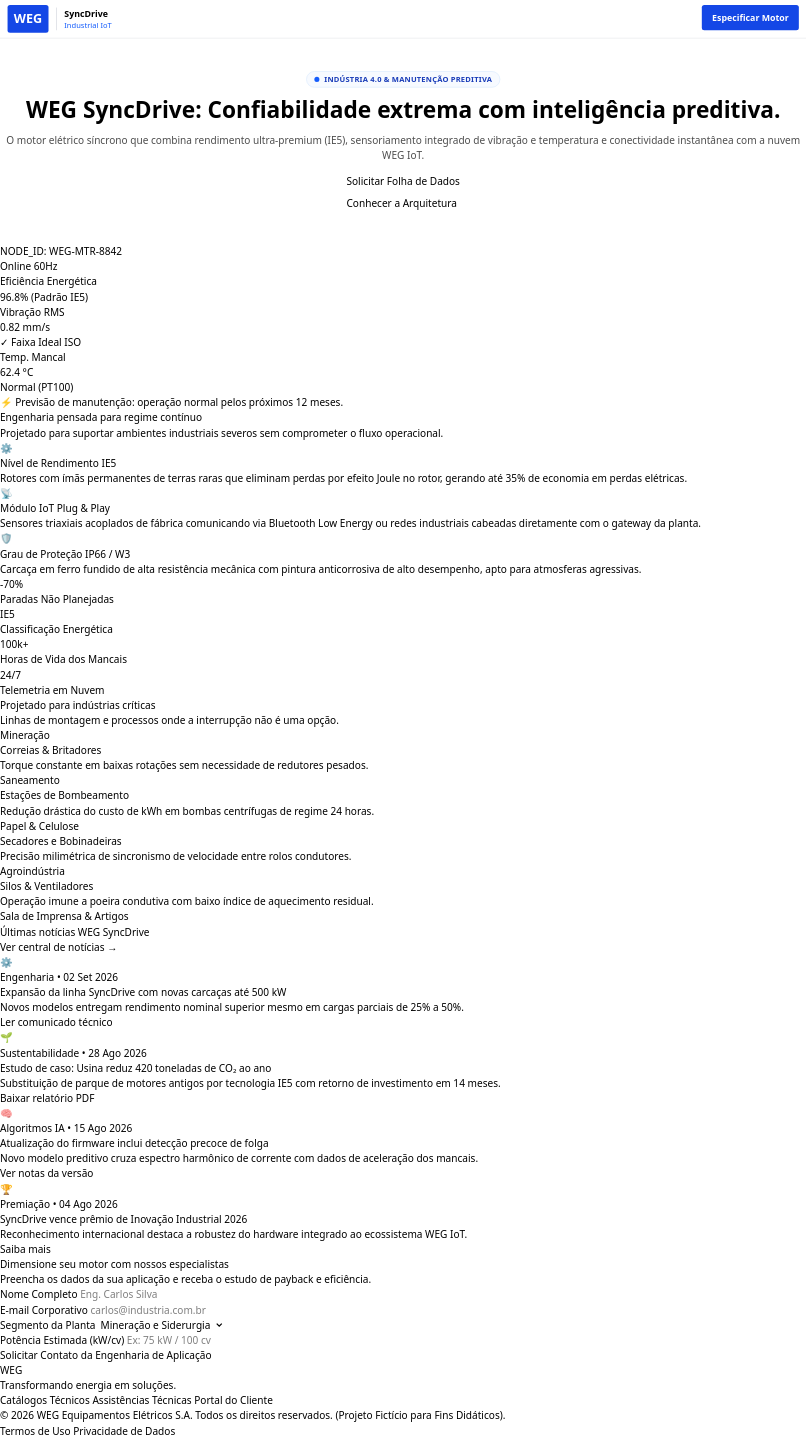
Repository: PatriciaHorst/tailwind-base
Page: index.html
An editor plug-in stored every save of this project. The page is shown before and after a run of saves, followed by the edit.
The browser window is 1280 px wide. The pictures show the whole page, at 63% of full size.

Above is the page before, as saved 2026-09-08 20:15:06.

### index.html
<!DOCTYPE html>
<html lang="pt-BR">
<head>
  <meta charset="UTF-8">
  <meta name="viewport" content="width=device-width, initial-scale=1.0">
  <title>WEG SyncDrive IoT - Exercício Tailwind CSS</title>
  <script src="https://cdn.jsdelivr.net/npm/@tailwindcss/browser@4"></script>
</head>
<body>

  <!-- ==========================================
       1. HEADER / NAVBAR
       Desafio:
       - Fixar no topo (sticky top-0) com fundo translúcido/blur.
       - Logo WEG em destaque com fundo azul industrial.
       - Menu oculto em telas pequenas e visível em lg:.
  =========================================== -->
  <header>
    <div class="flex flex-row justify-between border-b-1 border-gray-200">
      <div class="flex flex-row mx-3 my-2 gap-3 " >
        <div class="bg-blue-700 text-xl font-black text-white px-2.5 py-2 rounded">
          WEG
        </div>
        <div class="flex flex-col pl-3 my-1 border-l-1  border-gray-300" >
          <span class="font-bold text-sm">SyncDrive</span>
          <span class=" text-xs text-blue-600 ">Industrial IoT</span>
        </div>
      </div>

      <nav class="hidden">
        <a href="#solucao">A Solução</a>
        <a href="#recursos">Tecnologia</a>
        <a href="#metricas">Performance</a>
        <a href="#aplicacoes">Aplicações</a>
        <a href="#novidades">Notícias</a>
      </nav>

      <div class=" flex flex-col mx-3 my-2">
        <a class="hidden" href="#contato">Falar com Consultor</a>
        <a  class=" bg-blue-700 text-sm text-white font-semibold px-4 py-2.5 rounded" href="#contato">Especificar Motor</a>
      </div>
    </div>
  </header>

  <main>
    <!-- ==========================================
         2. HERO SECTION
         Desafio:
         - Layout em grid de 2 colunas no desktop (texto + painel de telemetria).
         - Centralizado no mobile, alinhado à esquerda em lg:.
         - Estilizar o card escuro de telemetria com badges e status.
    =========================================== -->
    <section id="solucao">
      <div>
        <div class="flex flex-col">

          <!-- Coluna 1: Conteúdo Textual -->
          <div class="flex flex-col my-13 items-center gap-4">
            <div class="inline-flex items-center gap-2 rounded-full border border-blue-100 bg-blue-50/50 px-3 py-1 text-xs font-semibold tracking-wide text-blue-800 mx-11 ">
              <span class="h-2 w-2 rounded-full bg-blue-600"></span>
              <span>INDÚSTRIA 4.0 & MANUTENÇÃO PREDITIVA</span>
            </div>
            <h1 class="flex flex-col text-center text-4xl font-black px-1 gap-2 ">WEG SyncDrive: Confiabilidade extrema com inteligência preditiva.</h1>
            <p class="text-black/70 mx-0.5 text-center">
              O motor elétrico síncrono que combina rendimento ultra-premium (IE5), sensoriamento integrado de vibração e temperatura e conectividade instantânea com a nuvem WEG IoT.
            </p>
            <div class="flex flex-col gap-3">
              <a class="" href="#contato">Solicitar Folha de Dados</a>
              <a href="#recursos">Conhecer a Arquitetura</a>
            </div>
          </div>

          <!-- Coluna 2: Card de Telemetria IoT -->
          <div>
            <div>
              <div>
                <span>NODE_ID: WEG-MTR-8842</span>
                <div>
                  <span></span>
                  <span>Online 60Hz</span>
                </div>
              </div>

              <div>
                <div>
                  <span>Eficiência Energética</span>
                  <div>96.8% <span>(Padrão IE5)</span></div>
                </div>

                <div>
                  <div>
                    <span>Vibração RMS</span>
                    <div>0.82 mm/s</div>
                    <span>✓ Faixa Ideal ISO</span>
                  </div>
                  <div>
                    <span>Temp. Mancal</span>
                    <div>62.4 °C</div>
                    <span>Normal (PT100)</span>
                  </div>
                </div>

                <div>
                  ⚡ Previsão de manutenção: operação normal pelos próximos 12 meses.
                </div>
              </div>
            </div>
          </div>

        </div>
      </div>
    </section>

    <!-- ==========================================
         3. RECURSOS / ESPECIFICAÇÕES TÉCNICAS
         Desafio:
         - Grid responsivo de 3 colunas (1 col mobile, 3 cols desktop).
         - Efeito hover nos cards com transição suave de borda ou sombra.
    =========================================== -->
    <section id="recursos">
      <div>
        <div>
          <h2>Engenharia pensada para regime contínuo</h2>
          <p>Projetado para suportar ambientes industriais severos sem comprometer o fluxo operacional.</p>
        </div>

        <div>
          <article>
            <div>⚙️</div>
            <h3>Nível de Rendimento IE5</h3>
            <p>Rotores com ímãs permanentes de terras raras que eliminam perdas por efeito Joule no rotor, gerando até 35% de economia em perdas elétricas.</p>
          </article>

          <article>
            <div>📡</div>
            <h3>Módulo IoT Plug & Play</h3>
            <p>Sensores triaxiais acoplados de fábrica comunicando via Bluetooth Low Energy ou redes industriais cabeadas diretamente com o gateway da planta.</p>
          </article>

          <article>
            <div>🛡️</div>
            <h3>Grau de Proteção IP66 / W3</h3>
            <p>Carcaça em ferro fundido de alta resistência mecânica com pintura anticorrosiva de alto desempenho, apto para atmosferas agressivas.</p>
          </article>
        </div>
      </div>
    </section>

    <!-- ==========================================
         4. MÉTRICAS / NÚMEROS INDUSTRIAIS
         Desafio:
         - Seção de alto contraste (fundo escuro slate-900).
         - Grid de 2 colunas no mobile e 4 colunas em telas maiores.
    =========================================== -->
    <section id="metricas">
      <div>
        <div>
          <div>
            <div>-70%</div>
            <div>Paradas Não Planejadas</div>
          </div>
          <div>
            <div>IE5</div>
            <div>Classificação Energética</div>
          </div>
          <div>
            <div>100k+</div>
            <div>Horas de Vida dos Mancais</div>
          </div>
          <div>
            <div>24/7</div>
            <div>Telemetria em Nuvem</div>
          </div>
        </div>
      </div>
    </section>

    <!-- ==========================================
         5. APLICAÇÕES INDUSTRIAIS
         Desafio:
         - Grid de 4 colunas adaptável (1 col mobile, 2 sm, 4 lg).
         - Uso de tags de categoria uppercase com tipografia reduzida.
    =========================================== -->
    <section id="aplicacoes">
      <div>
        <div>
          <h2>Projetado para indústrias críticas</h2>
          <p>Linhas de montagem e processos onde a interrupção não é uma opção.</p>
        </div>

        <div>
          <div>
            <span>Mineração</span>
            <h4>Correias & Britadores</h4>
            <p>Torque constante em baixas rotações sem necessidade de redutores pesados.</p>
          </div>

          <div>
            <span>Saneamento</span>
            <h4>Estações de Bombeamento</h4>
            <p>Redução drástica do custo de kWh em bombas centrífugas de regime 24 horas.</p>
          </div>

          <div>
            <span>Papel & Celulose</span>
            <h4>Secadores e Bobinadeiras</h4>
            <p>Precisão milimétrica de sincronismo de velocidade entre rolos condutores.</p>
          </div>

          <div>
            <span>Agroindústria</span>
            <h4>Silos & Ventiladores</h4>
            <p>Operação imune a poeira condutiva com baixo índice de aquecimento residual.</p>
          </div>
        </div>
      </div>
    </section>

    <!-- ==========================================
         6. NOVIDADES / NOTÍCIAS (4 ITENS)
         Desafio:
         - Cabeçalho com alinhamento justify-between.
         - 4 cards em grid: 1 col (mobile), 2 cols (md), 4 cols (lg).
         - Imagem/banner visual com gradiente em cada notícia.
         - Flexbox nos cards para fixar o link de leitura no rodapé.
    =========================================== -->
    <section id="novidades">
      <div>

        <div>
          <div>
            <span>Sala de Imprensa & Artigos</span>
            <h2>Últimas notícias WEG SyncDrive</h2>
          </div>
          <a href="#">Ver central de notícias →</a>
        </div>

        <div>
          <!-- Notícia 1 -->
          <article>
            <div>⚙️</div>
            <div>
              <div>
                <span>Engenharia</span>
                <span>•</span>
                <time>02 Set 2026</time>
              </div>
              <h3>
                <a href="#">Expansão da linha SyncDrive com novas carcaças até 500 kW</a>
              </h3>
              <p>Novos modelos entregam rendimento nominal superior mesmo em cargas parciais de 25% a 50%.</p>
              <a href="#">Ler comunicado técnico</a>
            </div>
          </article>

          <!-- Notícia 2 -->
          <article>
            <div>🌱</div>
            <div>
              <div>
                <span>Sustentabilidade</span>
                <span>•</span>
                <time>28 Ago 2026</time>
              </div>
              <h3>
                <a href="#">Estudo de caso: Usina reduz 420 toneladas de CO₂ ao ano</a>
              </h3>
              <p>Substituição de parque de motores antigos por tecnologia IE5 com retorno de investimento em 14 meses.</p>
              <a href="#">Baixar relatório PDF</a>
            </div>
          </article>

          <!-- Notícia 3 -->
          <article>
            <div>🧠</div>
            <div>
              <div>
                <span>Algoritmos IA</span>
                <span>•</span>
                <time>15 Ago 2026</time>
              </div>
              <h3>
                <a href="#">Atualização do firmware inclui detecção precoce de folga</a>
              </h3>
              <p>Novo modelo preditivo cruza espectro harmônico de corrente com dados de aceleração dos mancais.</p>
              <a href="#">Ver notas da versão</a>
            </div>
          </article>

          <!-- Notícia 4 -->
          <article>
            <div>🏆</div>
            <div>
              <div>
                <span>Premiação</span>
                <span>•</span>
                <time>04 Ago 2026</time>
              </div>
              <h3>
                <a href="#">SyncDrive vence prêmio de Inovação Industrial 2026</a>
              </h3>
              <p>Reconhecimento internacional destaca a robustez do hardware integrado ao ecossistema WEG IoT.</p>
              <a href="#">Saiba mais</a>
            </div>
          </article>
        </div>

      </div>
    </section>

    <!-- ==========================================
         7. FORMULÁRIO DE CONTATO / DIMENSIONAMENTO
         Desafio:
         - Inputs estilizados com focus rings.
         - Grid de formulário com campos em 2 colunas no desktop.
    =========================================== -->
    <section id="contato">
      <div>
        <div>
          <h2>Dimensione seu motor com nossos especialistas</h2>
          <p>Preencha os dados da sua aplicação e receba o estudo de payback e eficiência.</p>
        </div>

        <form>
          <div>
            <div>
              <label>Nome Completo</label>
              <input type="text" placeholder="Eng. Carlos Silva">
            </div>
            <div>
              <label>E-mail Corporativo</label>
              <input type="email" placeholder="carlos@industria.com.br">
            </div>
          </div>

          <div>
            <div>
              <label>Segmento da Planta</label>
              <select>
                <option>Mineração e Siderurgia</option>
                <option>Papel e Celulose</option>
                <option>Saneamento e Água</option>
                <option>Química e Petroquímica</option>
                <option>Alimentos e Bebidas</option>
              </select>
            </div>
            <div>
              <label>Potência Estimada (kW/cv)</label>
              <input type="text" placeholder="Ex: 75 kW / 100 cv">
            </div>
          </div>

          <button type="submit">Solicitar Contato da Engenharia de Aplicação</button>
        </form>
      </div>
    </section>
  </main>

  <!-- ==========================================
       8. RODAPÉ / FOOTER
       Desafio:
       - Layout corporativo com tipografia sutil.
       - Disposição em flexbox responsivo (colunas empilhadas no mobile, linha no desktop).
  =========================================== -->
  <footer>
    <div>
      <div>
        <div>
          <div>WEG</div>
          <span>Transformando energia em soluções.</span>
        </div>
        <div>
          <a href="#">Catálogos Técnicos</a>
          <a href="#">Assistências Técnicas</a>
          <a href="#">Portal do Cliente</a>
        </div>
      </div>
      <div>
        <p>© 2026 WEG Equipamentos Elétricos S.A. Todos os direitos reservados. (Projeto Fictício para Fins Didáticos).</p>
        <div>
          <a href="#">Termos de Uso</a>
          <a href="#">Privacidade de Dados</a>
        </div>
      </div>
    </div>
  </footer>

</body>
</html>

After the next 3 saves:
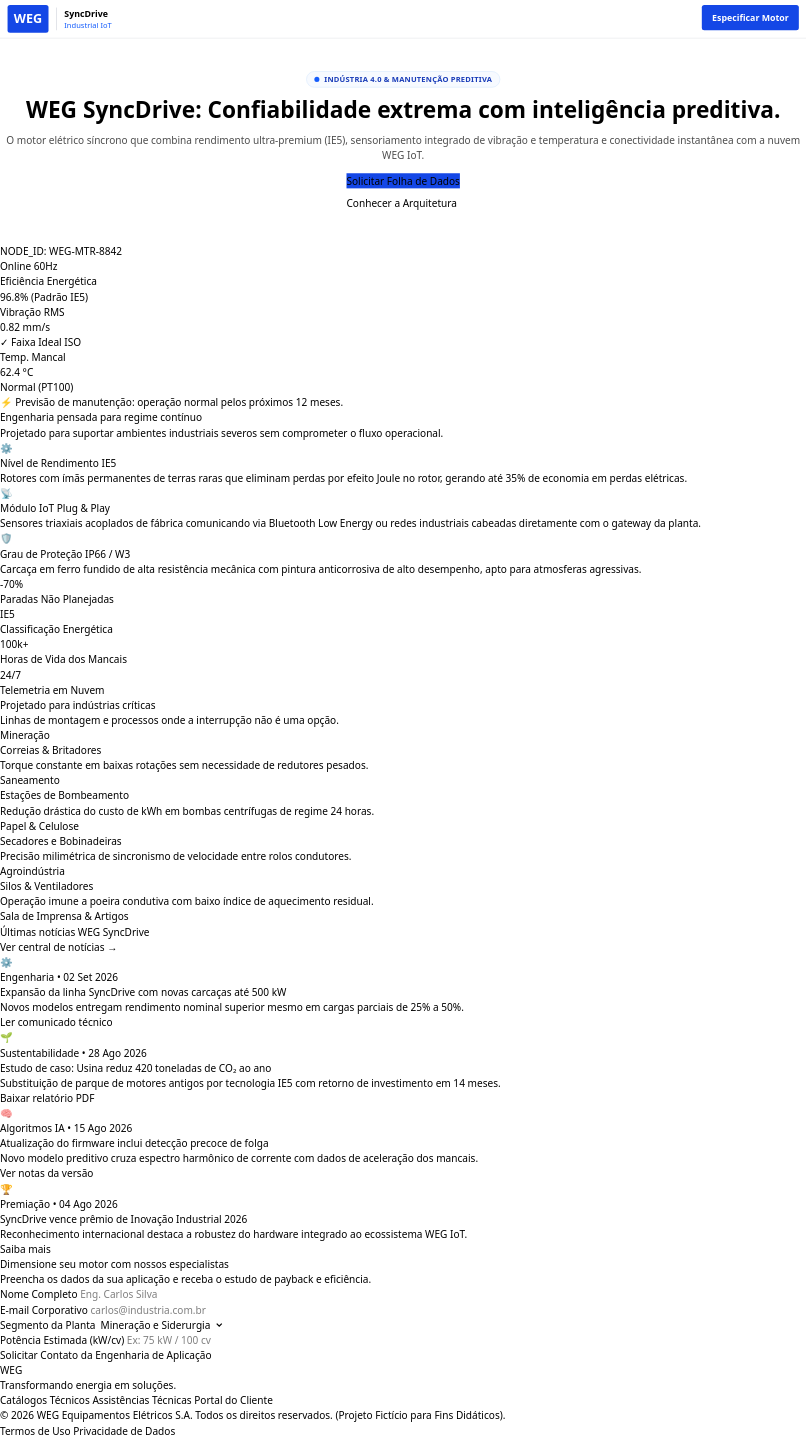
The 3 saves are shown as one change because they came seconds apart.
The last was saved 8 s later.
--- a/index.html
+++ b/index.html
@@ -65,7 +65,7 @@
               O motor elétrico síncrono que combina rendimento ultra-premium (IE5), sensoriamento integrado de vibração e temperatura e conectividade instantânea com a nuvem WEG IoT.
             </p>
             <div class="flex flex-col gap-3">
-              <a class="" href="#contato">Solicitar Folha de Dados</a>
+              <a class="bg-blue-700" href="#contato">Solicitar Folha de Dados</a>
               <a href="#recursos">Conhecer a Arquitetura</a>
             </div>
           </div>
